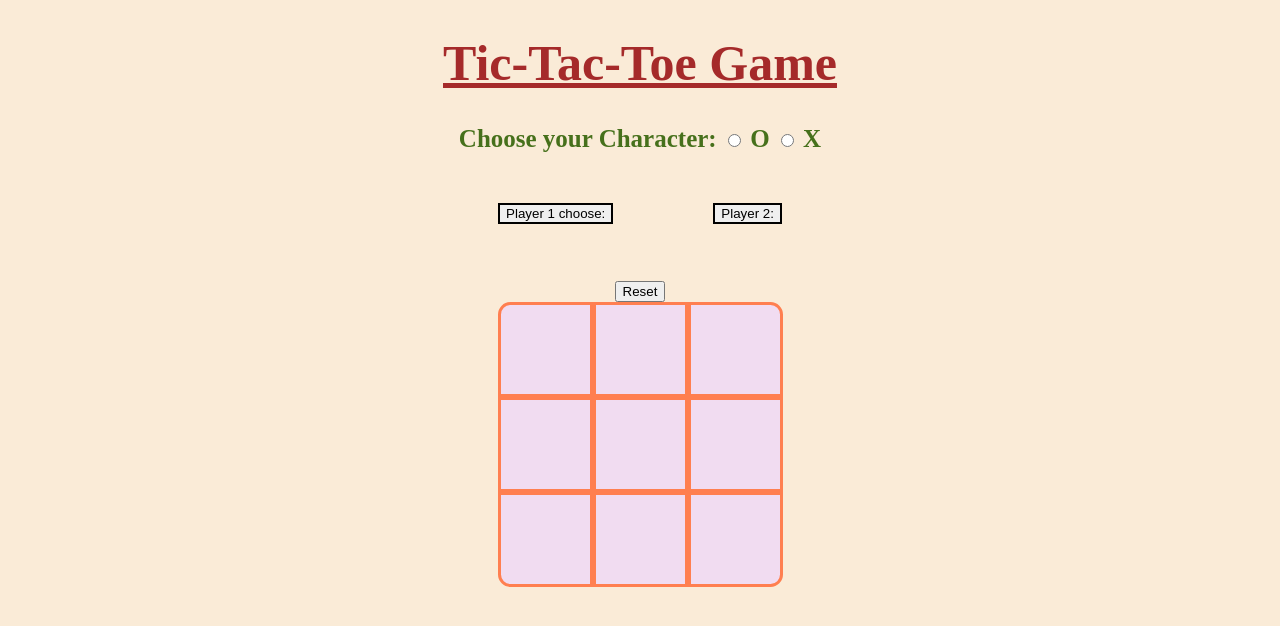
Repository: 0101chaitanya/Tic-Tac-Toe
Page: index.html
An editor plug-in stored every save of this project. The page is shown before and after the next save, followed by the edit.
The browser window is 1280 px wide. The pictures show the whole page.

Above is the page before, as saved 2021-06-12 14:29:19.

After the next save:
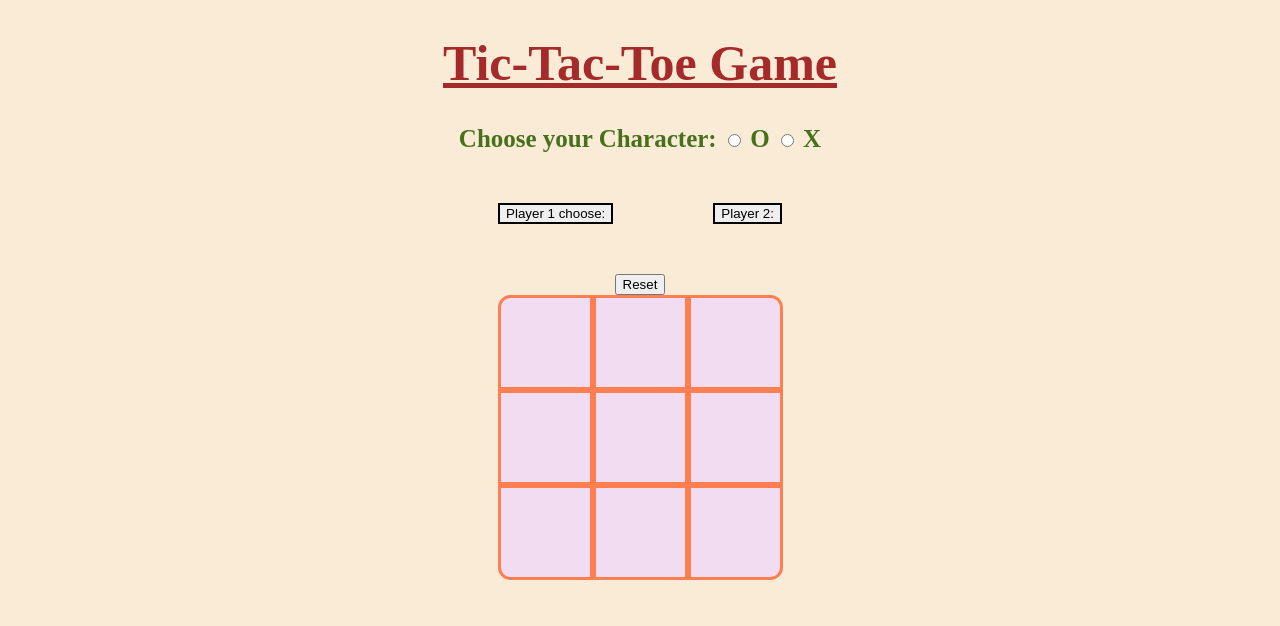
Saved 23 s later.
--- a/styles.css
+++ b/styles.css
@@ -55,6 +55,13 @@ label>input {
 }
 
 #gameSquare {
+    width: min-content;
+    height: min-content;
+    display: block;
+    margin: auto;
+}
+
+#reset {
     width: min-content;
     height: min-content;
     display: block;
